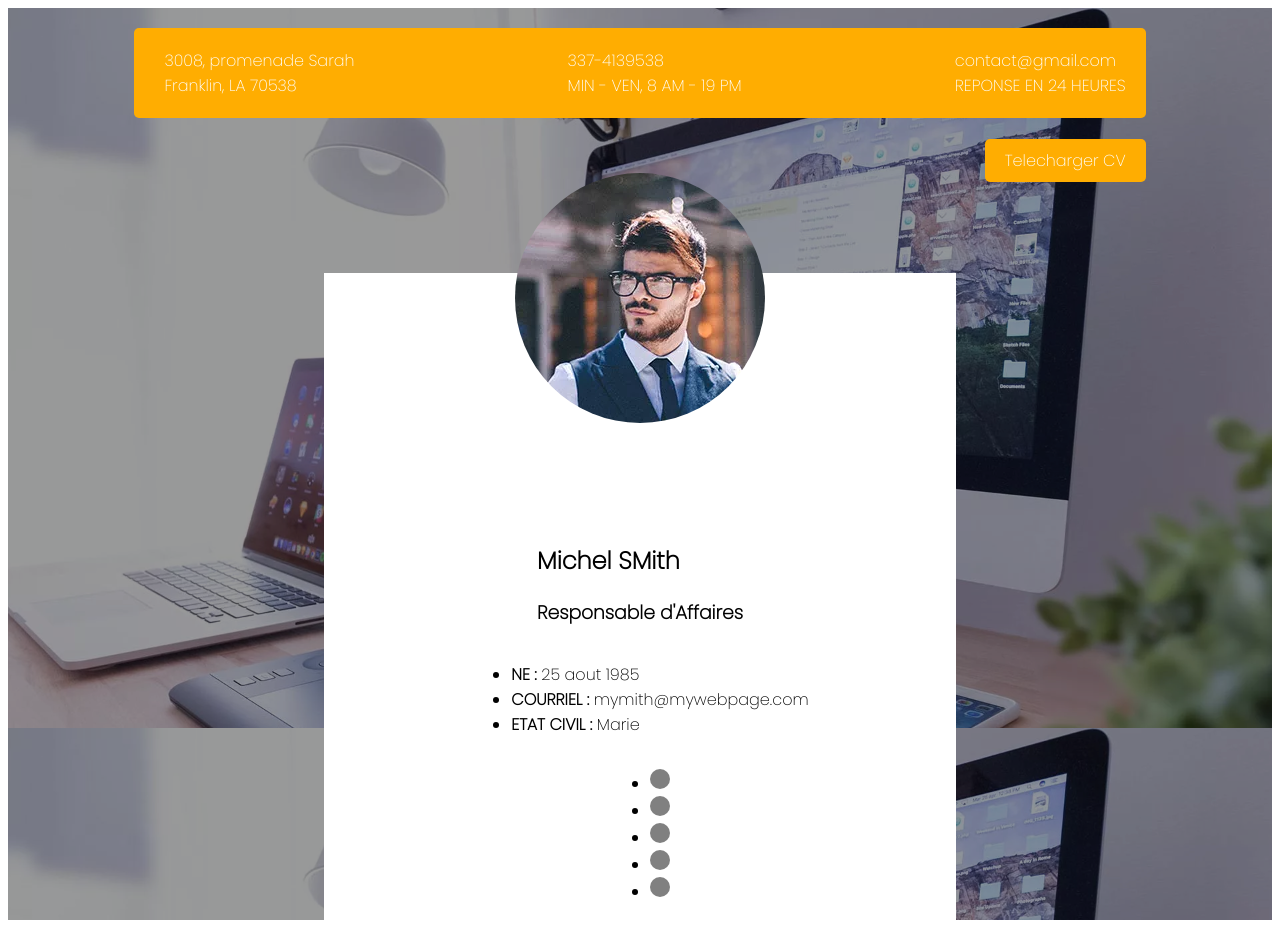
Repository: wadelfadill/CV_PORTFOLIO
Page: index.html
An editor plug-in stored every save of this project. The page is shown before and after the next save, followed by the edit.
The browser window is 1280 px wide. The pictures show the whole page.
Some icons come from a web library that is not loaded, so they are not drawn. Backgrounds fixed to the window are drawn as part of the page.

Above is the page before, as saved 2023-03-13 22:03:54.

After the next save:
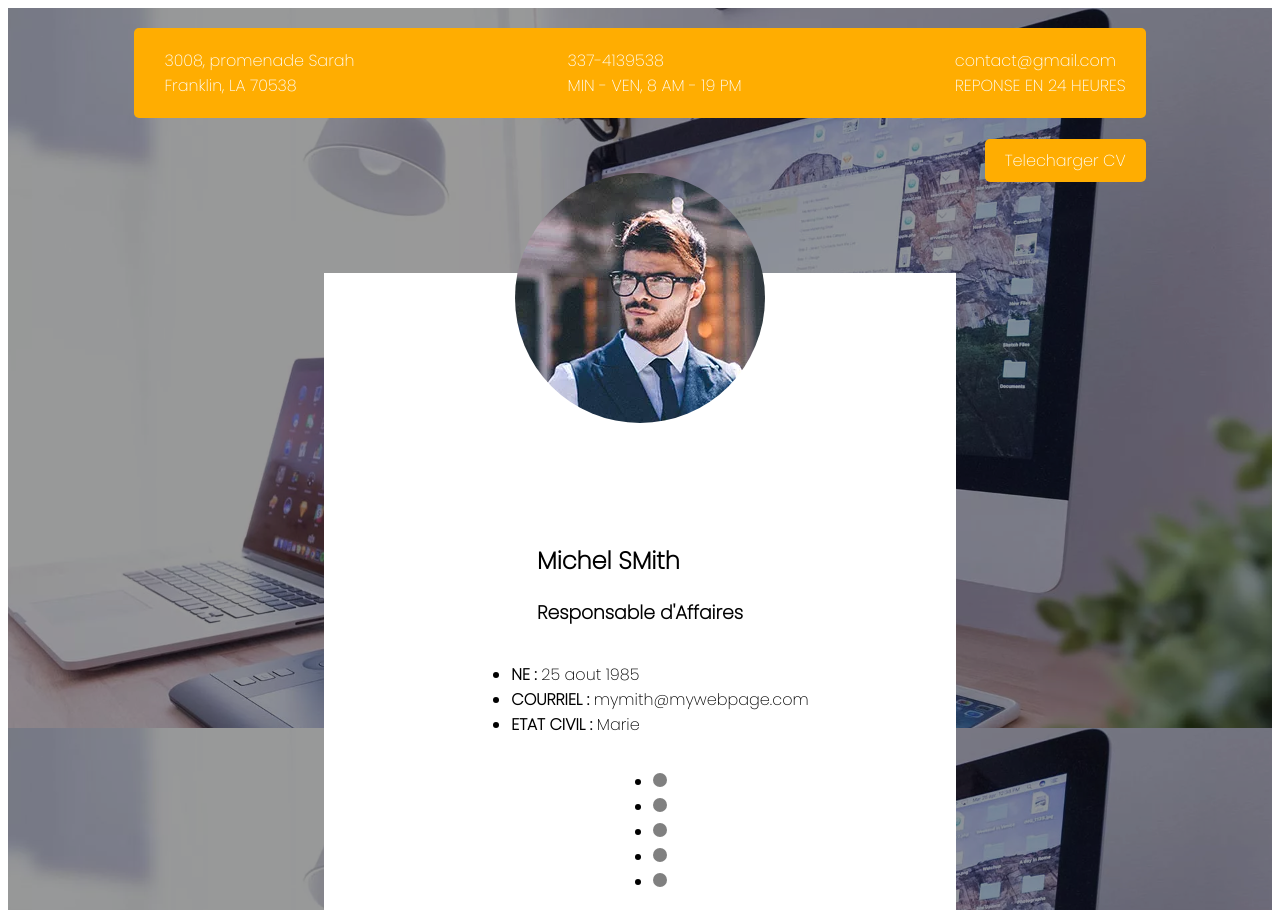
Saved 18 s later.
--- a/style.css
+++ b/style.css
@@ -90,5 +90,5 @@ header{
     border-radius: 50%;
     text-decoration: none;
     background-color: gray;
-    padding: 10px;
+    padding: 7px;
 }
